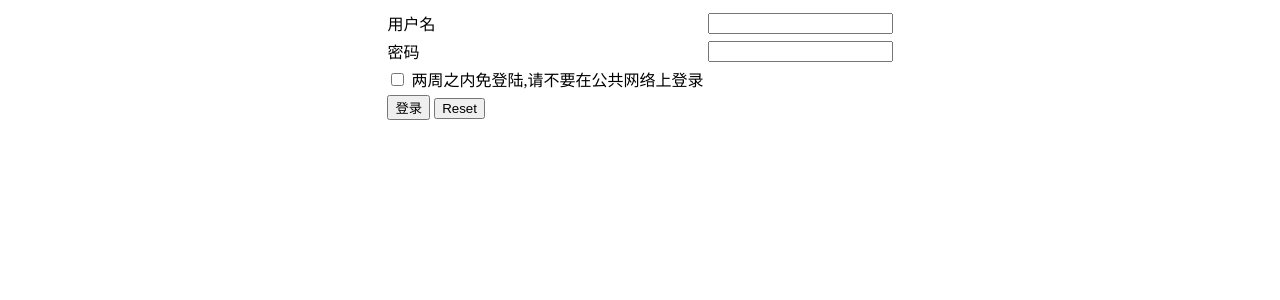
Repository: liujianbo2017/zuoye
Page: http://localhost/day40demo/demo02/login.jsp
The author's editor kept a copy of each file at every save. The page is drawn from the files as they stood at one save, then again after the next save.
The browser window is 1280 px wide. The pictures show the whole page.
The page is served by Tomcat 9.

Above is the page before, as saved 2017-10-10 11:15:28.

After the next save:
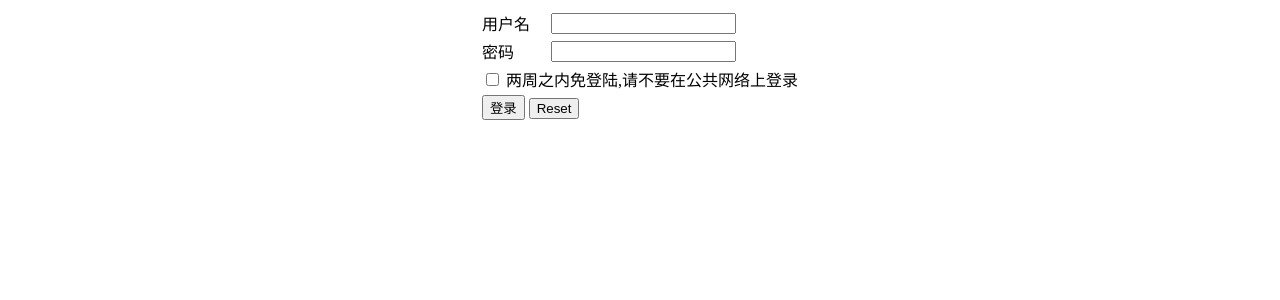
Saved 28 s later.
--- a/day40demo/WebContent/demo02/login.jsp
+++ b/day40demo/WebContent/demo02/login.jsp
@@ -18,7 +18,7 @@
 				<td><input type="password" name="password"/></td>
 			</tr>
 			<tr>
-				<td>
+				<td colspan="2">
 					<input type="checkbox" value="t" id="al"/>
 					<label for="al">两周之内免登陆,请不要在公共网络上登录</label>
 				</td>
